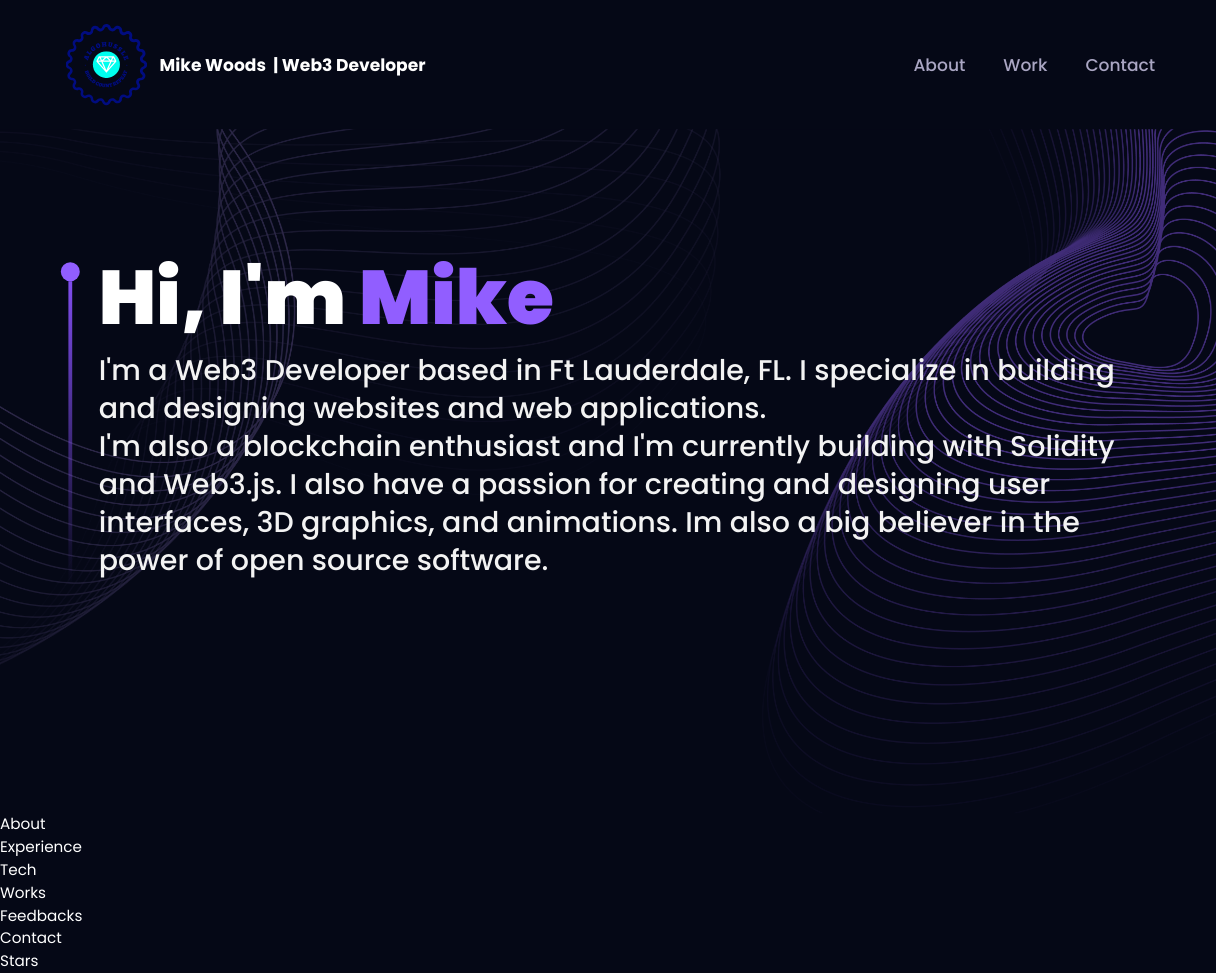
Repository: MikeeBuilds/3D-portfolio
Page: /
The author's editor kept a copy of each file at every save. The page is drawn from the files as they stood at one save, then again after the next save.
The browser window is 1280 px wide. The pictures show the whole page, at 95% of full size.
The project was rebuilt for these pictures with package versions that can differ from the ones it lists, and the page was loaded fresh each time. Also part of the build but not shown: vite.config.js, src/components/canvas/Earth.jsx, src/components/canvas/Ball.jsx, src/components/canvas/Computers.jsx.

Above is the page before, as saved 2023-03-04 15:07:57.

After the next save:
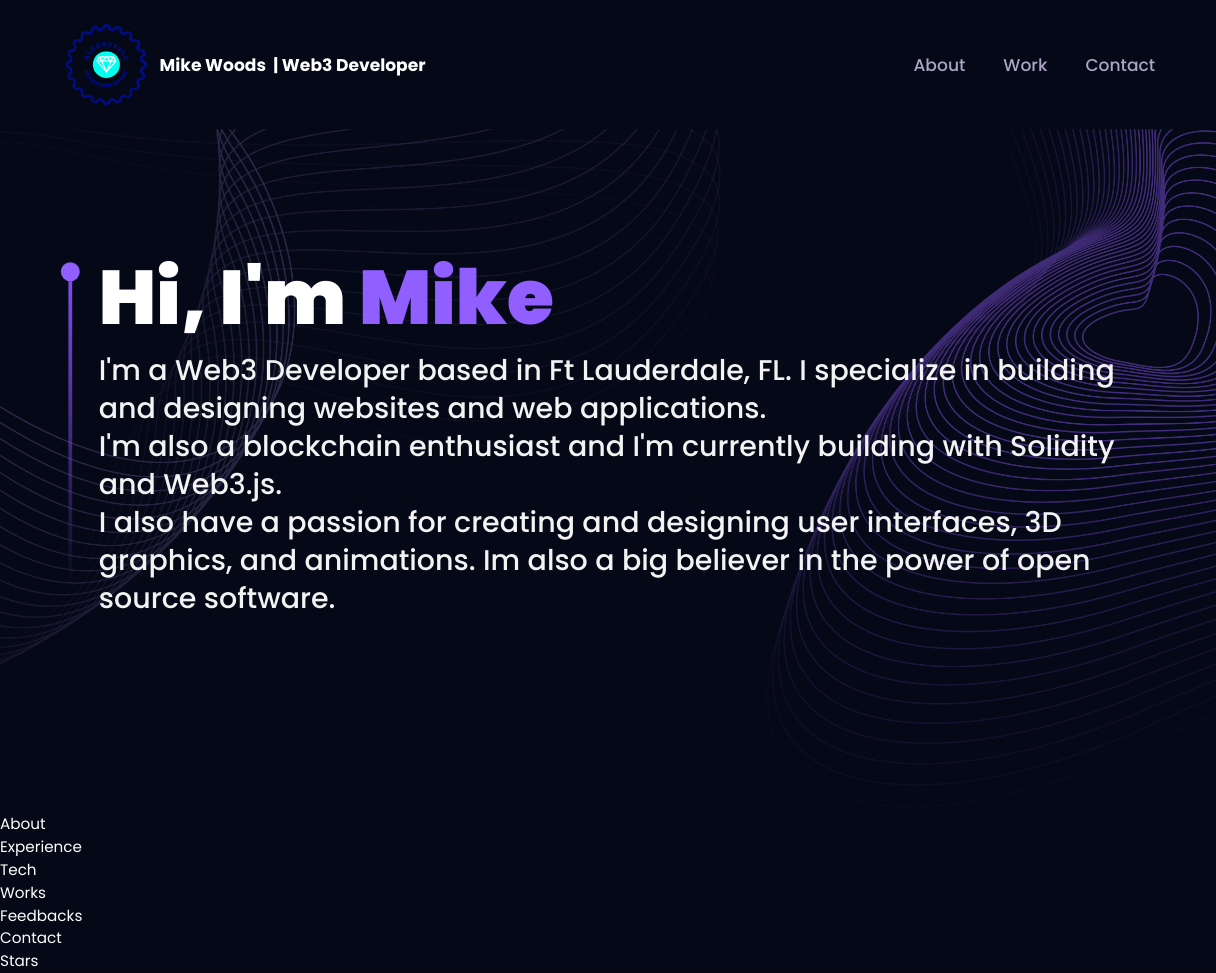
Saved 19 s later.
--- a/src/components/Hero.jsx
+++ b/src/components/Hero.jsx
@@ -19,7 +19,7 @@
             <p className={`${styles.heroSubText} mt-2 text-white-100`}>
               I'm a Web3 Developer based in Ft Lauderdale, FL. I specialize in building and
                 designing websites and web applications. <br className='sm:block hidden' /> I'm also a blockchain enthusiast and
-                I'm currently building with Solidity and Web3.js. I also have a passion for
+                I'm currently building with Solidity and Web3.js. <br className='sm:block hidden' /> I also have a passion for
                 creating and designing user interfaces, 3D graphics, and animations.
                 Im also a big believer in the power of open source software.
 
